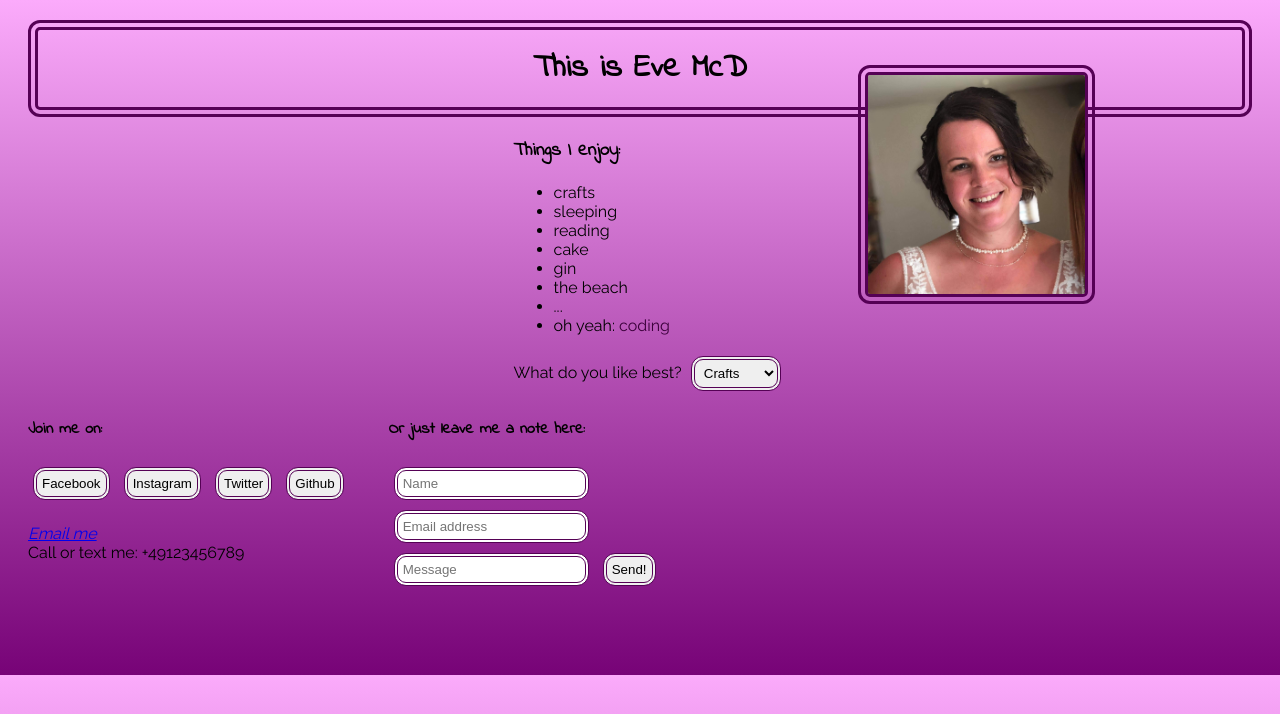
Repository: evemcd/Strive-Ignite-W1
Page: index.html
An editor plug-in stored every save of this project. The page is shown before and after the next save, followed by the edit.
The browser window is 1280 px wide. The pictures show the whole page.

Above is the page before, as saved 2021-01-17 22:47:23.

After the next save:
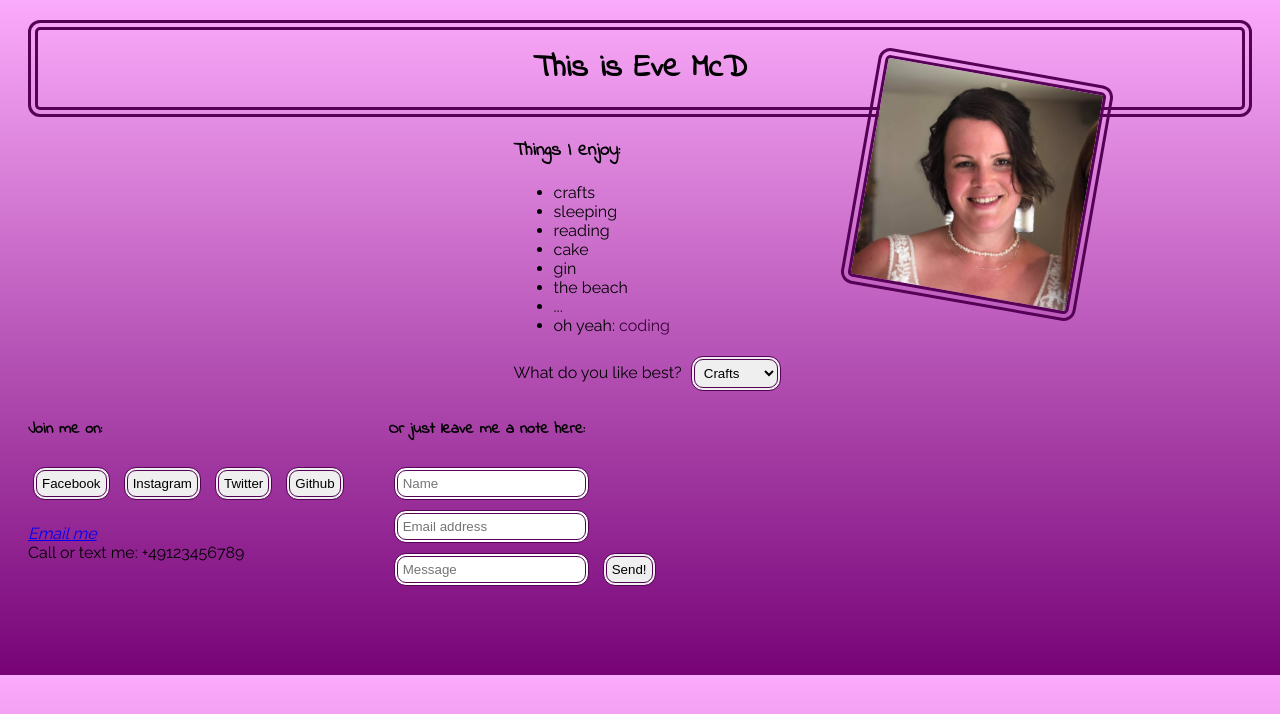
Saved 36 s later.
--- a/styles.css
+++ b/styles.css
@@ -63,6 +63,7 @@
     left: 67%;
     border: 10px double rgb(85, 1, 85);
     border-radius: 12px;
+    transform: rotate(10deg);
 }
 
 .socialbutton {

After the save that followed:
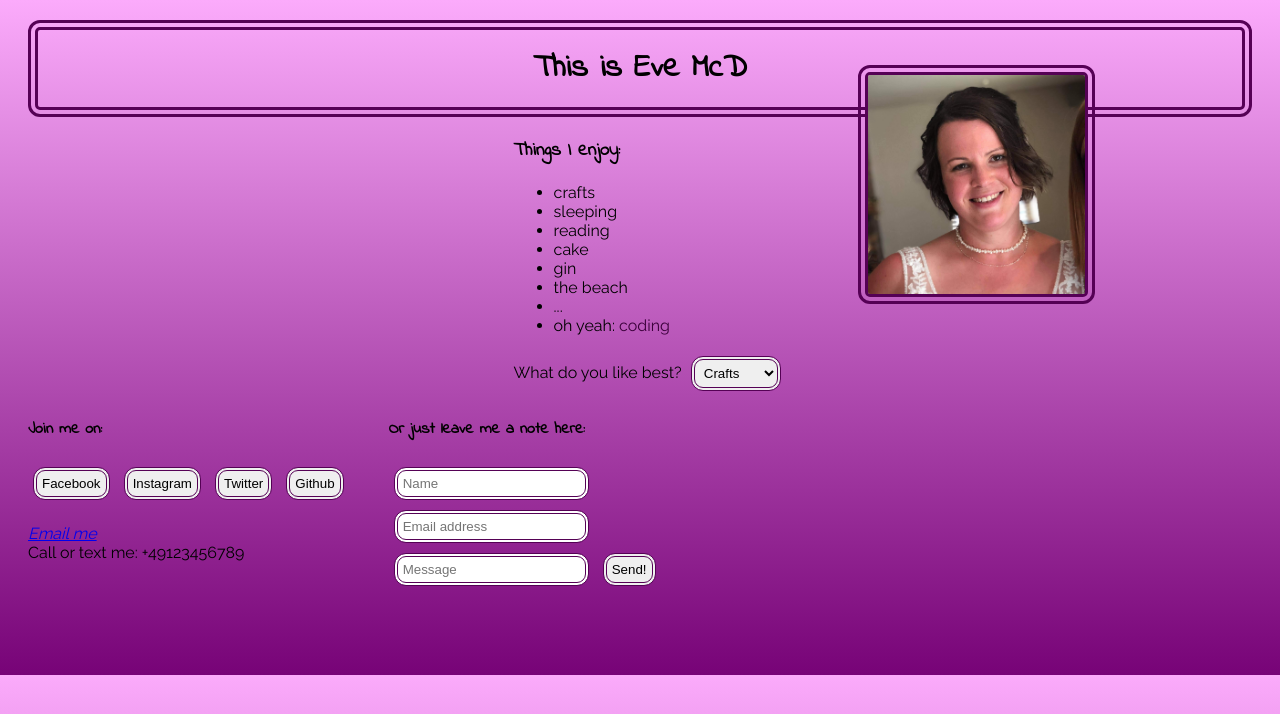
Saved 18 s later.
--- a/styles.css
+++ b/styles.css
@@ -63,7 +63,6 @@
     left: 67%;
     border: 10px double rgb(85, 1, 85);
     border-radius: 12px;
-    transform: rotate(10deg);
 }
 
 .socialbutton {
